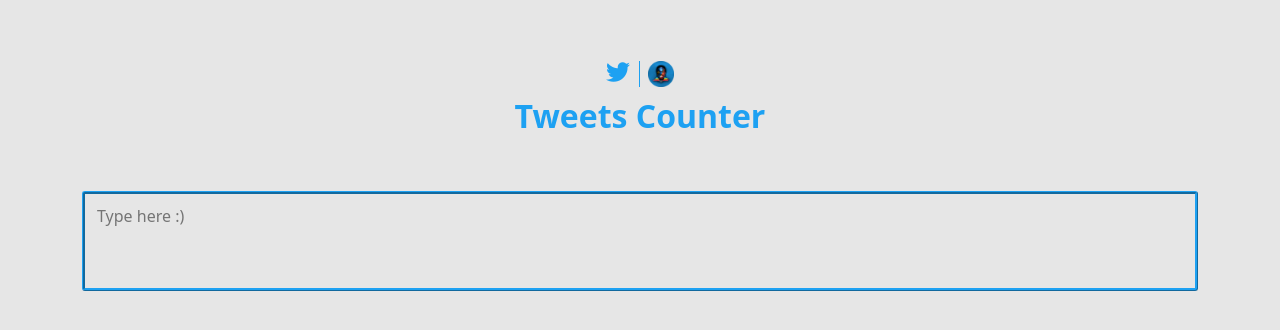
Repository: magmukendi/Tweets-Count
Page: index.html
These files come from the project's save history. The page is drawn as it stood at one moment and after the next save; the edit follows.
The browser window is 1280 px wide. The pictures show the whole page.
Some web libraries are served in a nearby version.

Above is the page before, as saved 2022-06-11 17:13:18.

### index.html
<!DOCTYPE html>
<html lang="en">
<head>
    <meta charset="UTF-8">
    <meta http-equiv="X-UA-Compatible" content="IE=edge">
    <meta name="viewport" content="width=device-width, initial-scale=1.0">
    <link href="https://cdn.jsdelivr.net/npm/bootstrap@5.2.0-beta1/dist/css/bootstrap.min.css" rel="stylesheet" integrity="sha384-0evHe/X+R7YkIZDRvuzKMRqM+OrBnVFBL6DOitfPri4tjfHxaWutUpFmBp4vmVor" crossorigin="anonymous">
    <link rel="shortcut icon" href="assets/images/mag-icon.ico"image/x-icon">
    <script src="https://kit.fontawesome.com/cd3abaa76f.js" crossorigin="anonymous"></script>

    <link href="style.css" rel="stylesheet">
    <title>TweetsCount by LeGrandMAG</title>
</head>
<body>
    <div id="answer" class="container row">
        <div id = "headline">
            <div id="logo">

                <span id ="twitter" >

                    <i  class="fa-brands fa-twitter fa-xl"></i>
                </span>
                <img id ="myHead" src="/assets/images/profile.png">
            </div>
            <h2 id="Title"><b>Tweets Counter</b></h2>
        </div>
        <textarea id="tt" placeholder="Type here :)" class="mt-2 mb-2" id="won" autosize></textarea>
       <!--

           <button onclick="myFunction()" class="btn btn-primary"> Calculate</button>
        -->


    </div>

    <div id="result" >

    </div>


    <script type="text/javascript" src="app.js"></script>
</body>
</html>

### style.css
body{
    margin:auto;
    margin-top: 50px;
    align-items: center;
    text-align: center;
    background: rgba(230,230,230,1)
}
.container{
    margin:auto;
    display: flex;
    justify-content: center;
    align-items: center;
}
#logo{
    margin:10px;
}
#myHead{
    width: 35px;
    height:auto;
    padding-left:8px;
    border-left: 1px solid #1DA1F2;
}
#Title{
    color: #1DA1F2
}
#headline{
    margin-bottom: 40px;
}
#twitter{
    color:#1DA1F2;
    padding-right:5px;
}
.form-elem{
    margin-top: 10;
    margin-bottom: 10;
}

#tt{
    resize: none;
    overflow: visible;
    padding-top:10px;
    padding-bottom: 10px;
    height: 100px;
    border:3px ridge #1DA1F2;
    border-radius: 3px;
    background-color: rgba(230,230,230,1);
}


button{
    visibility: hidden;
}

#result{
    width: 85%;
    margin: auto;
    margin-top:10px;
    flex-wrap: wrap;
    text-align: justify;
}
#charCount{
    font-size: 15px;

}
#wordCount{

    font-size: 12px;
}

### app.js
let list = []
let result = 0;
let x;
let p;
let xValue;
let s;
let number;
let input = document.getElementById('tt');
let d;
let e;
let doc = document.getElementById('result');

function print(){
        doc.innerHTML = '';
        x = document.getElementById('tt');
        p = document.createElement('p')
        number = document.createElement('p')
        words = document.createElement('p')
        xValue = x.value;
        if (xValue){
                p.innerText = '" ' + xValue + ' ."'
        }
        doc.append(number)
        doc.append(words)
        doc.appendChild(p)
        p.id = "txx"
        number.id = "charCount"
        words.id = "wordCount"
        p.style = 'font-weight:bold; font-size:40px; margin-top:5px; flex-wrap:wrap';
}
function colorChange(){
        s = xValue
        let word =/\w+/g
        let char = /.|\s|\n+/g
        console.log(s.match(char).length)

        number.innerText = (145 - s.match(char).length) + " characters left";

        words.innerText = s.match(word).length +" words"
        if(s.match(char).length <=145/2){

                p.style.color ='green'
                p.style = 'font-weight:bold; font-size:60px; margin-top:5px; flex-wrap:wrap';
                number.style.color = 'green'
        }
        else if(s.match(char).length >=145/2 && s.match(char).length <135){
                p.style = 'font-weight:bold; font-size:30px; margin-top:5px; flex-wrap:wrap';
                p.style.color = '#1DA1F2';


        }
        else if(s.match(char).length >=135 && s.match(char).length<=145){
                p.style = 'font-weight:bold; font-size:25px; margin-top:5px; flex-wrap:wrap';
                p.style.color ='red';
                number.style.color ='red';
                console.log(s.match(n));

        }

        else if(s.match(char).length >145){
                number.innerText= "You have " + (s.match(char).length - 145) +" more characters than expected.";
                //p.style.visibility ='hidden'
                p.innerText= "Sorry, we cannot display your text";
                number.style.color="red"
                p.style.textAlign = 'center'
        }


}
function render (){
        document.getElementById('tt').addEventListener('keyup', print)
        document.getElementById('tt').addEventListener('keyup', colorChange)
}
render()
function myFunction(){
        let ll = document.getElementById('txx')
        var blob = new Blob([ll.innerText], {
                type: "text/plain;charset=utf-8;",
            });
        saveAs(blob, "thing.txt");

}

After the next save:
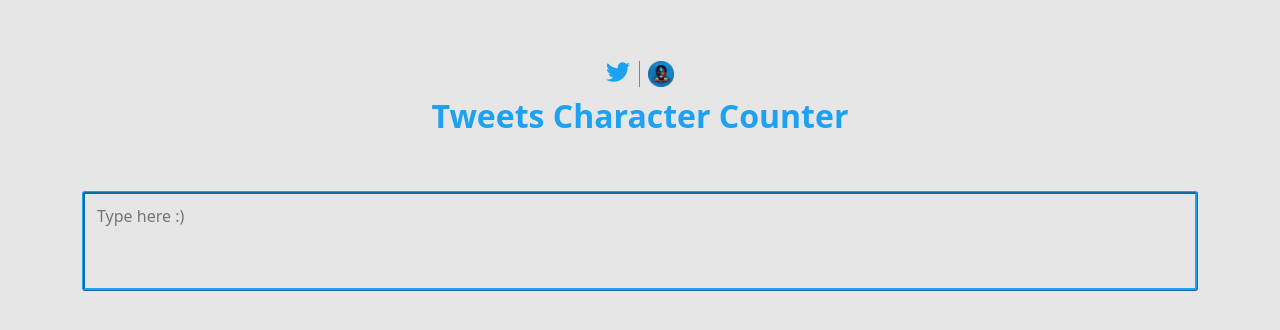
Saved 47 s later.
--- a/index.html
+++ b/index.html
@@ -22,7 +22,7 @@
                 </span>
                 <img id ="myHead" src="/assets/images/profile.png">
             </div>
-            <h2 id="Title"><b>Tweets Counter</b></h2>
+            <h2 id="Title"><b>Tweets Character Counter</b></h2>
         </div>
         <textarea id="tt" placeholder="Type here :)" class="mt-2 mb-2" id="won" autosize></textarea>
        <!--
